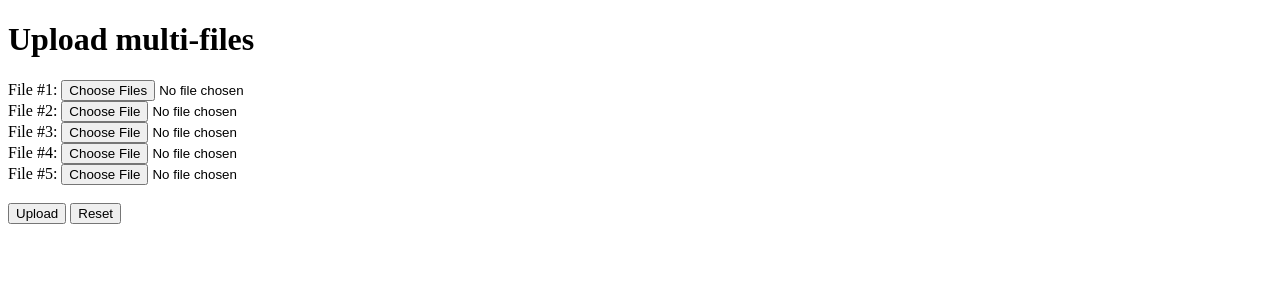
Repository: EchhOpp/Lab-WWW-JAVA-IUH
Page: NguyenThanhLuan_21123021_Tuan02/21123021_NguyenThanhLuan_Tuan02/src/main/webapp/index.html
An editor plug-in stored every save of this project. The page is shown before and after a run of saves, followed by the edit.
The browser window is 1280 px wide. The pictures show the whole page.

Above is the page before, as saved 2024-08-28 07:20:54.

### NguyenThanhLuan_21123021_Tuan02/21123021_NguyenThanhLuan_Tuan02/src/main/webapp/index.html
<!DOCTYPE html>
<html>
<head>
<meta charset="ISO-8859-1">
<title>Insert title here</title>
</head>
<body>
	<!-- Upload file -->
    <div id="main">
        <h1>
            Upload multi-files
        </h1>

        <form method="POST" action="fileUpload" enctype="multipart/form-data">
            <label for="file1">File #1:</label>
            <input type="file" name="file1" id="file1" multiple="multiple" />
            <br>
            <label for="file2">File #2:</label>
            <input type="file" name="file2" id="file2" />
            <br>
            <label for="file3">File #3:</label>
            <input type="file" name="file3" id="file3" />
            <br>
            <label for="file4">File #4:</label>
            <input type="file" name="file4" id="file4" />
            <br>
            <label for="file5">File #5:</label>
            <input type="file" name="file5" id="file5" />
            <br>
            <br>
            <input type="submit" value="Upload" />
            <input type="reset" value="Reset">
        </form>
    </div>
</body>
</html>

After the next 2 saves:
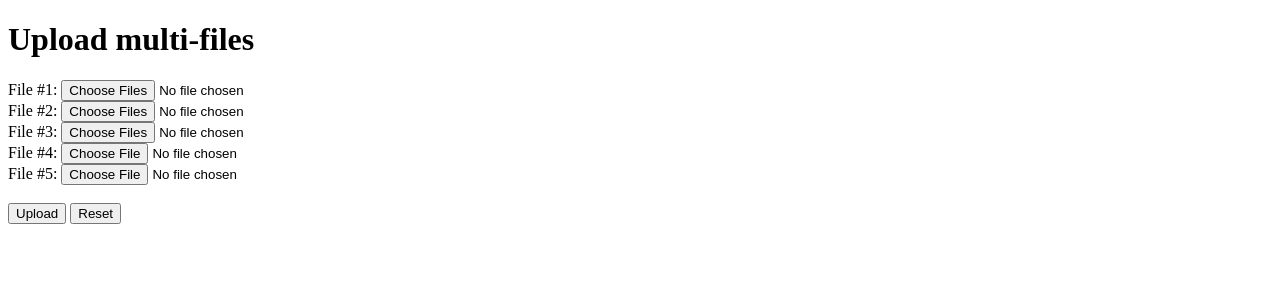
The 2 saves are shown as one change because they came seconds apart.
The last was saved 6 s later.
--- a/NguyenThanhLuan_21123021_Tuan02/21123021_NguyenThanhLuan_Tuan02/src/main/webapp/index.html
+++ b/NguyenThanhLuan_21123021_Tuan02/21123021_NguyenThanhLuan_Tuan02/src/main/webapp/index.html
@@ -16,10 +16,10 @@
             <input type="file" name="file1" id="file1" multiple="multiple" />
             <br>
             <label for="file2">File #2:</label>
-            <input type="file" name="file2" id="file2" />
+            <input type="file" name="file2" id="file2" multiple="multiple"/>
             <br>
             <label for="file3">File #3:</label>
-            <input type="file" name="file3" id="file3" />
+            <input type="file" name="file3" id="file3" multiple="multiple"/>
             <br>
             <label for="file4">File #4:</label>
             <input type="file" name="file4" id="file4" />
